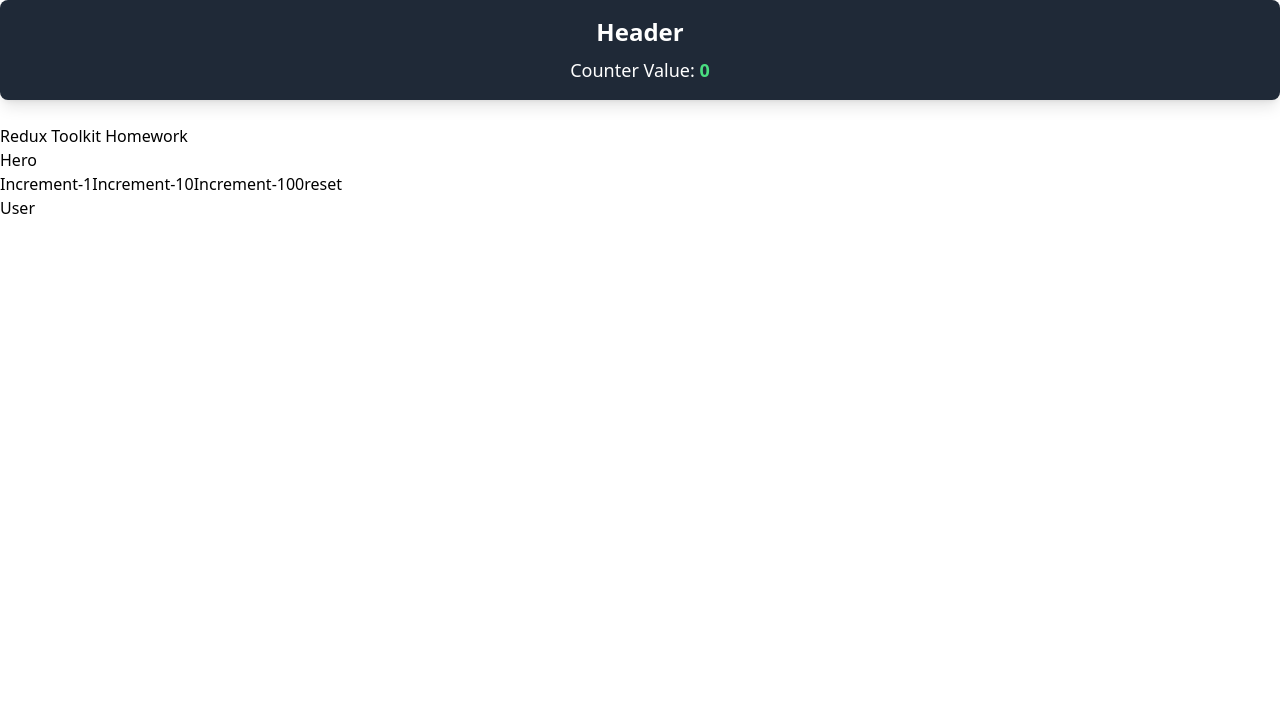
Repository: SitoraRashidova/userCrudFront
Page: /
An editor plug-in stored every save of this project. The page is shown before and after the next save, followed by the edit.
The browser window is 1280 px wide. The pictures show the whole page.
The project was rebuilt for these pictures with package versions that can differ from the ones it lists, and the page was loaded fresh each time. Also part of the build but not shown: vite.config.js, src/components/Product.jsx, src/components/Wishlist.jsx.

Above is the page before, as saved 2024-12-10 00:27:16.

After the next save:
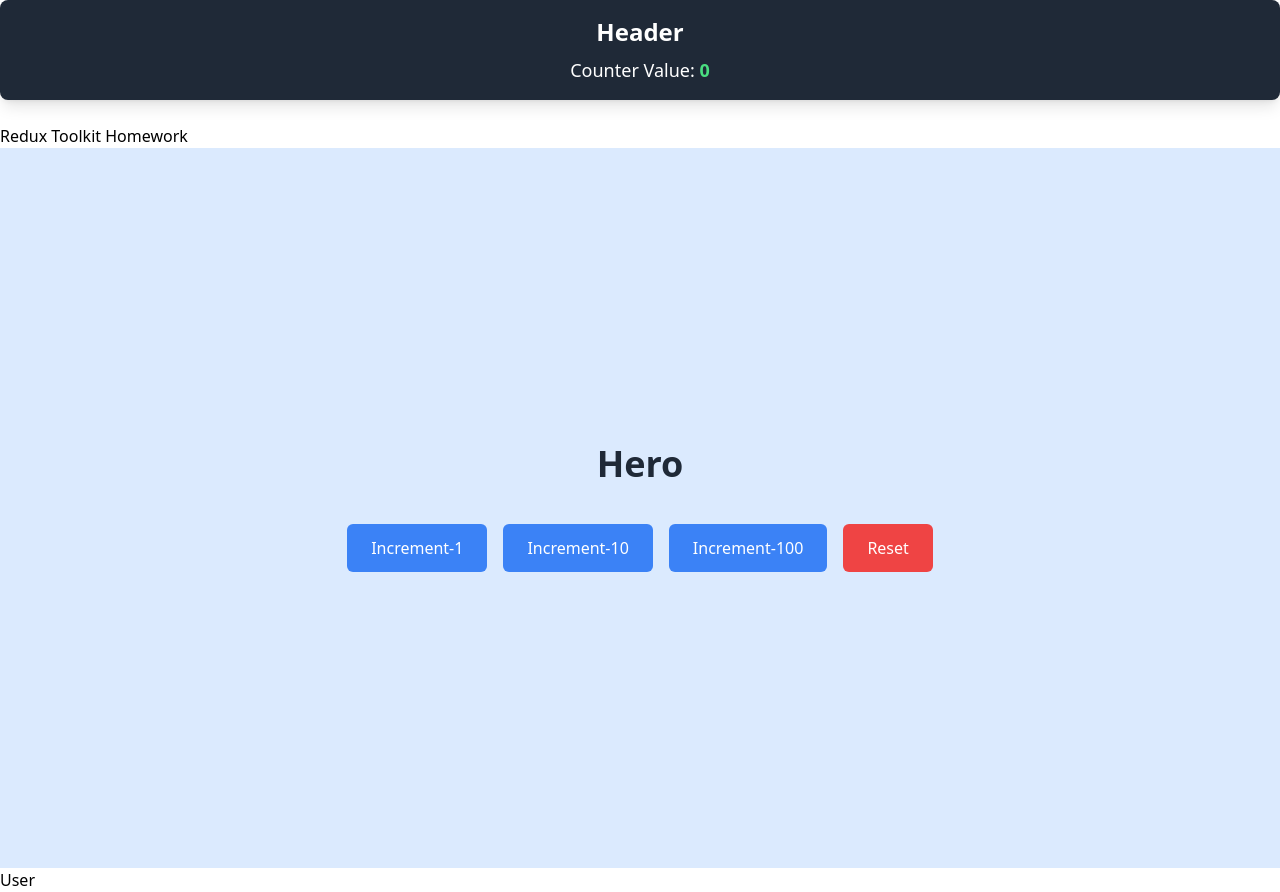
Saved 54 s later.
--- a/src/components/Hero.jsx
+++ b/src/components/Hero.jsx
@@ -1,15 +1,40 @@
 import React from "react";
 import { useDispatch } from "react-redux";
 import { inc, reset } from "../redux/slices/counter-slice";
+
 const Hero = () => {
   const dispatch = useDispatch();
+
   return (
-    <div>
-      <h2>Hero</h2>
-      <button onClick={() => dispatch(inc(1))}>Increment-1</button>
-      <button onClick={() => dispatch(inc(10))}>Increment-10</button>
-      <button onClick={() => dispatch(inc(100))}>Increment-100</button>
-      <button onClick={() => dispatch(reset())}>reset</button>
+    <div className="flex flex-col items-center justify-center min-h-screen bg-blue-100 p-6">
+      <h2 className="text-4xl font-bold text-gray-800 mb-6">Hero</h2>
+
+      <div className="space-x-4">
+        <button
+          onClick={() => dispatch(inc(1))}
+          className="bg-blue-500 text-white px-6 py-3 rounded-md hover:bg-blue-600 transition duration-300"
+        >
+          Increment-1
+        </button>
+        <button
+          onClick={() => dispatch(inc(10))}
+          className="bg-blue-500 text-white px-6 py-3 rounded-md hover:bg-blue-600 transition duration-300"
+        >
+          Increment-10
+        </button>
+        <button
+          onClick={() => dispatch(inc(100))}
+          className="bg-blue-500 text-white px-6 py-3 rounded-md hover:bg-blue-600 transition duration-300"
+        >
+          Increment-100
+        </button>
+        <button
+          onClick={() => dispatch(reset())}
+          className="bg-red-500 text-white px-6 py-3 rounded-md hover:bg-red-600 transition duration-300 mt-4"
+        >
+          Reset
+        </button>
+      </div>
     </div>
   );
 };
